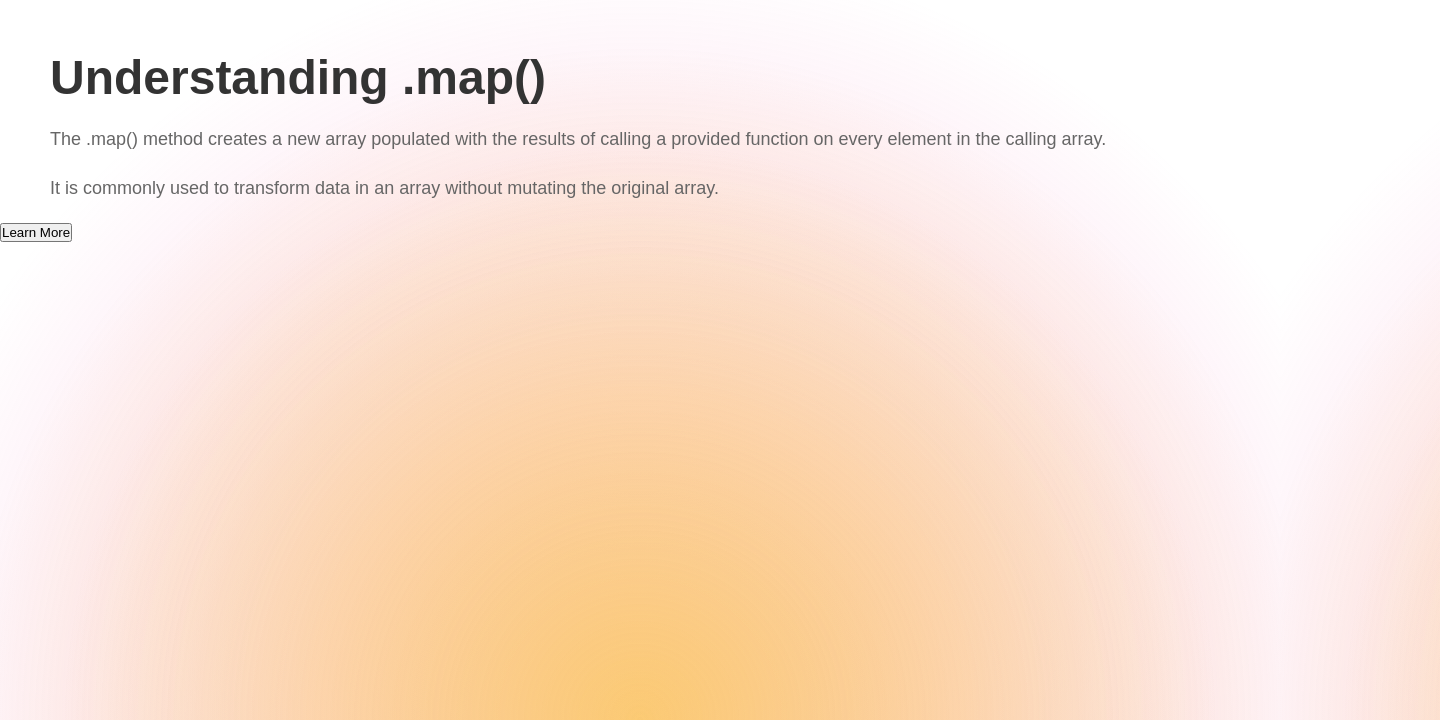
Repository: neelpatel6262/task-manager
Page: index.html
The author's editor kept a copy of each file at every save. The page is drawn from the files as they stood at one save, then again after the next save.
The browser window is 1280 px wide. The page is 1440 px wide, then 1280 px, then 1440 px, so the pictures cover 1440 px, including what lies to the right of the window. The pictures show the whole page.
Some web fonts or font styles are not loaded; a fallback is used. Some web libraries are served in a nearby version.

Above is the page before, as saved 2025-08-25 12:22:18.
Console error: TypeError: Cannot read properties of null (reading 'addEventListener')

After the next save:
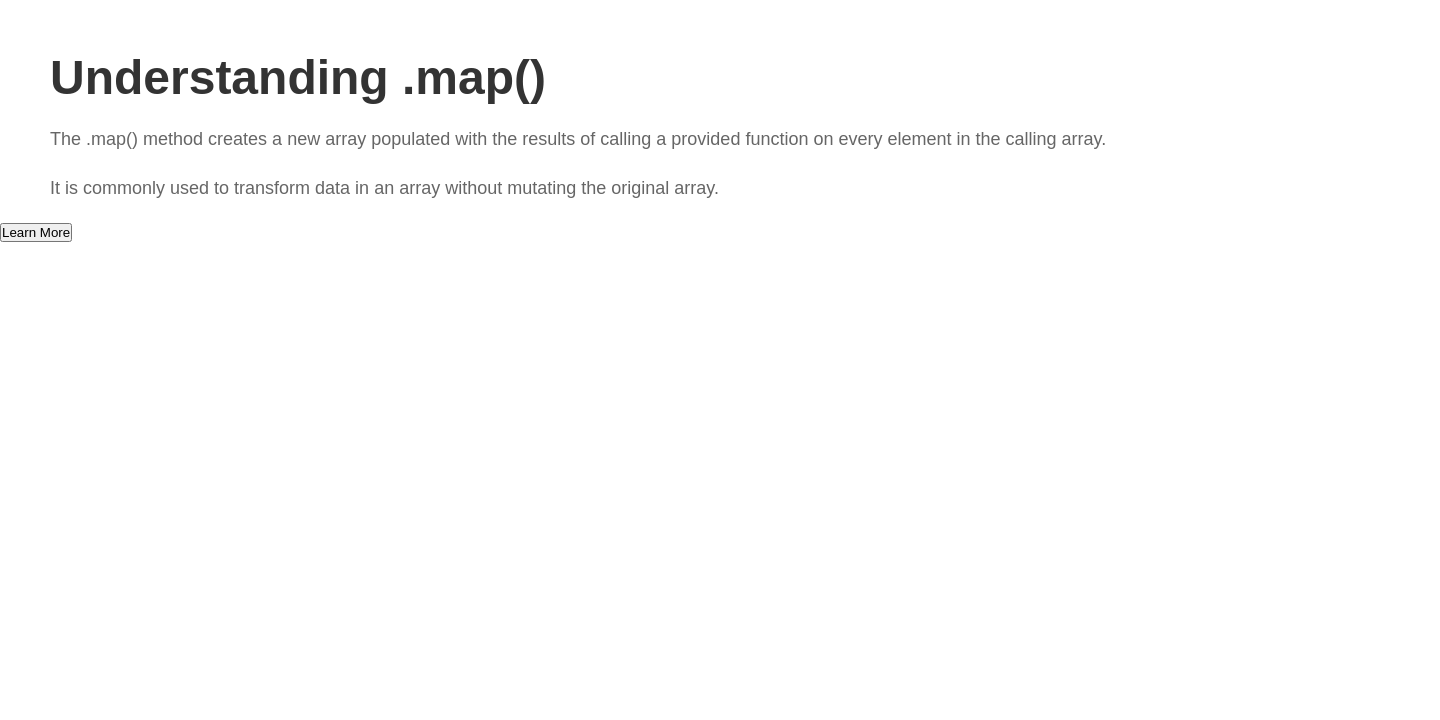
Saved 52 s later.
--- a/index.html
+++ b/index.html
@@ -17,15 +17,8 @@
 
 </head>
 <style>
-body{
-    background: radial-gradient(circle at 50% 100%, rgba(253, 224, 71, 0.4) 0%, transparent 60%),
-      radial-gradient(circle at 50% 100%, rgba(251, 191, 36, 0.4) 0%, transparent 70%),
-      radial-gradient(circle at 50% 100%, rgba(244, 114, 182, 0.5) 0%, transparent 80%);
 
-    width: 1440px;
-    height: 100vh;
-    font-family: sans-serif;
-  }
+
 
   h1 {
     font-size: 48px;

After the 2 saves that followed:
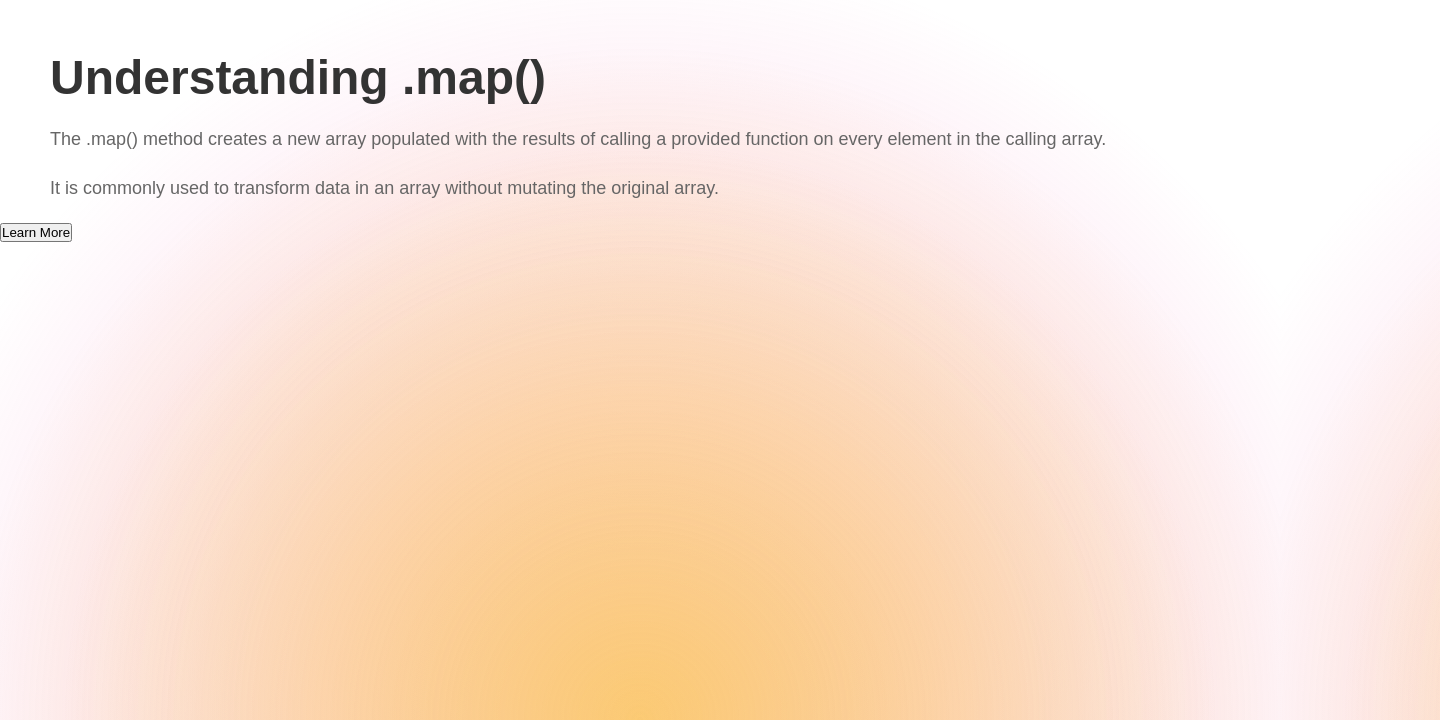
The 2 saves are shown as one change because 1 left the picture as it was.
The last was saved 3 min 9 s later.
--- a/index.html
+++ b/index.html
@@ -17,7 +17,15 @@
 
 </head>
 <style>
+  body{
+    background: radial-gradient(circle at 50% 100%, rgba(253, 224, 71, 0.4) 0%, transparent 60%),
+      radial-gradient(circle at 50% 100%, rgba(251, 191, 36, 0.4) 0%, transparent 70%),
+      radial-gradient(circle at 50% 100%, rgba(244, 114, 182, 0.5) 0%, transparent 80%);
 
+    width: 1440px;
+    height: 100vh;
+    font-family: sans-serif;
+  }
 
 
   h1 {
@@ -39,7 +47,7 @@
 <script>
 
   document.getElementById('mapButton').addEventListener('click',function(){
-    document.body.style.background = 'orange';
+    document.body.style.backgroundColor = 'orange';
   })
 
 
